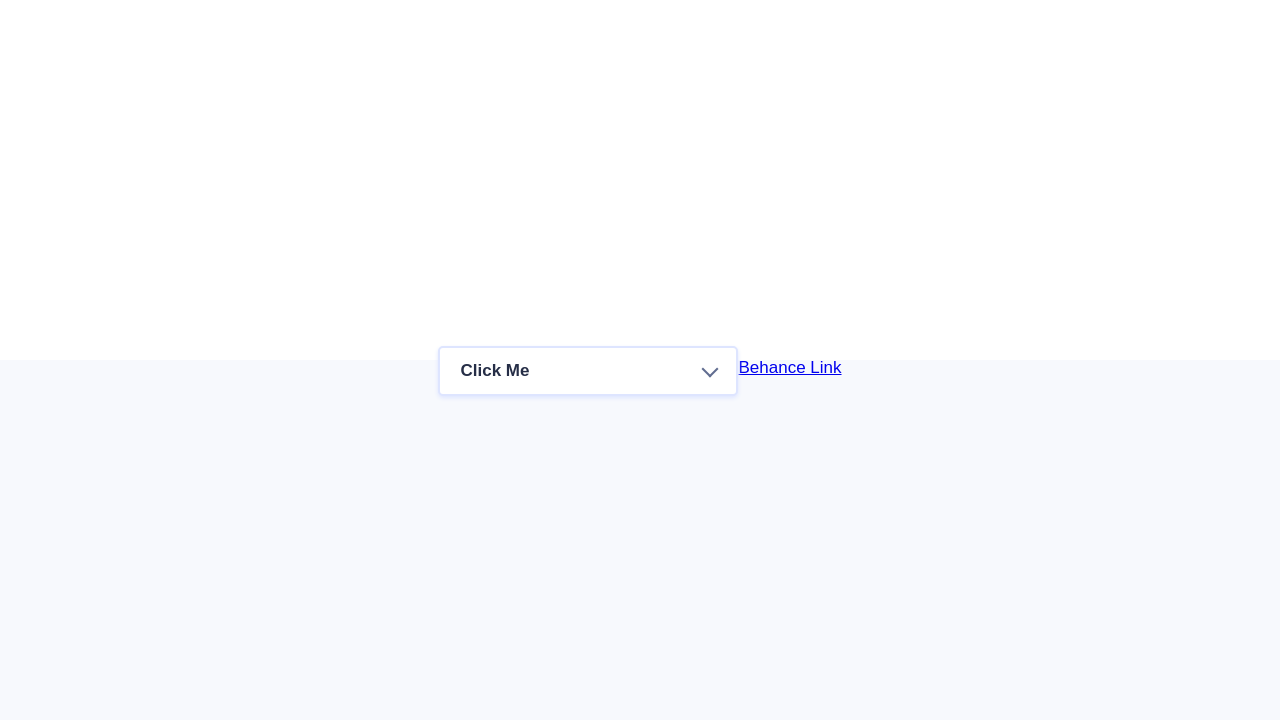
Repository: dinhhaidh/website
Page: index1.html
The author's editor kept a copy of each file at every save. The page is drawn from the files as they stood at one save, then again after a run of saves.
The browser window is 1280 px wide. The pictures show the whole page.

Above is the page before, as saved 2024-03-02 15:24:42.

### index1.html
<!DOCTYPE html>
<html lang="en">
<head>
    <meta charset="UTF-8">
    <meta name="viewport" content="width=device-width, initial-scale=1.0">
    <title>Document</title>
    <style>
        html {
  height: 100%;
}

body {
  display: flex;
  align-items: center;
  justify-content: center;
  height: 100%;
  font-family: Arial;
  font-size: 17px;
  line-height: 24px;
  background: linear-gradient(#fff 50%, #F7F9FD 20%)
}

 .dropdown--label {
    position: relative;
    height: 45px;
    width: 300px;
    line-height: 46px;
    display: inline-block;

    .dropdown--checkbox {
      position: absolute; left: -2000000px;
    }

    .dropdown--text {
      cursor: pointer;
      border: 2px solid #DEE5FF;
      border-radius: 5px;
      box-shadow: 0 2px 4px #DEE5FF;
      display: block;
      width: 100%;
      background: #fff;
      color: #262E47;
      font-weight: bold;
      padding: 0 20px;
      display: flex;
      align-items: center;
      box-sizing: border-box;

      .dropdown--arrow {
        width: 10px;
        height: 10px;
        border-right: 2px solid #616D90;
        border-bottom: 2px solid #616D90;
        margin-left: auto;
        transform: rotate(45deg);
        transition: all ease-in 0.3s;
        position: relative;
        top: -2px;
      }
    }

    .dropdown--list {
      position: absolute;
      top: 100%;
      left: 0;
      right: 0;
      width: 100%;
      z-index: 5;
      opacity: 0;
      visibility: hidden;
      top: 50%;
      transition: all ease-out 0.3s;
      box-shadow: 0px 14px 43px 0px #DEE5FF;
      background: #fff;
      border-radius: 5px;
      overflow: hidden;
      max-height: 200px;
      overflow-y: scroll;

    }

    .dropdown--checkbox:checked ~ .dropdown--list {
      top: 120%;
      opacity: 1;
      visibility: visible;
      transition: all ease-in 0.3s;
    }

    .dropdown--checkbox:checked ~ .dropdown--text {
      .dropdown--arrow {
        transform: rotate(-135deg);
        top: 5px;
      }
    }
  }
}



.link {
  position: absolute; right: 20px; bottom: 20px;
  a {
    color: #b7c1e8; text-decoration: none; font-weight: bold;
  }
}
    </style>
</head>
<body>
    <div class="dropdown">
        <label class="dropdown--label">
          <input type="checkbox" class="dropdown--checkbox" />
          <span class="dropdown--text">
            Click Me
            <span class="dropdown--arrow"></span>
          </span>

          <div class="dropdown--list">
            <ul>
              <li><a href="">I am a link</a></li>
              <li><a href="">Me too</a></li>
              <li><a href="">Me too</a></li>
              <li><a href="">Me too</a></li>
              <li><a href="">Me too</a></li>
              <li><a href="">Me too</a></li>
            </ul>
          </div>


        </label>
      </div>

      <span class="link">
        <a href="https://www.behance.net/gallery/77278543/Day-784-Themes-Dropdown-UI-Design" target="_blank">Behance Link</a>
      </span>
</body>
</html>

After the next 2 saves:
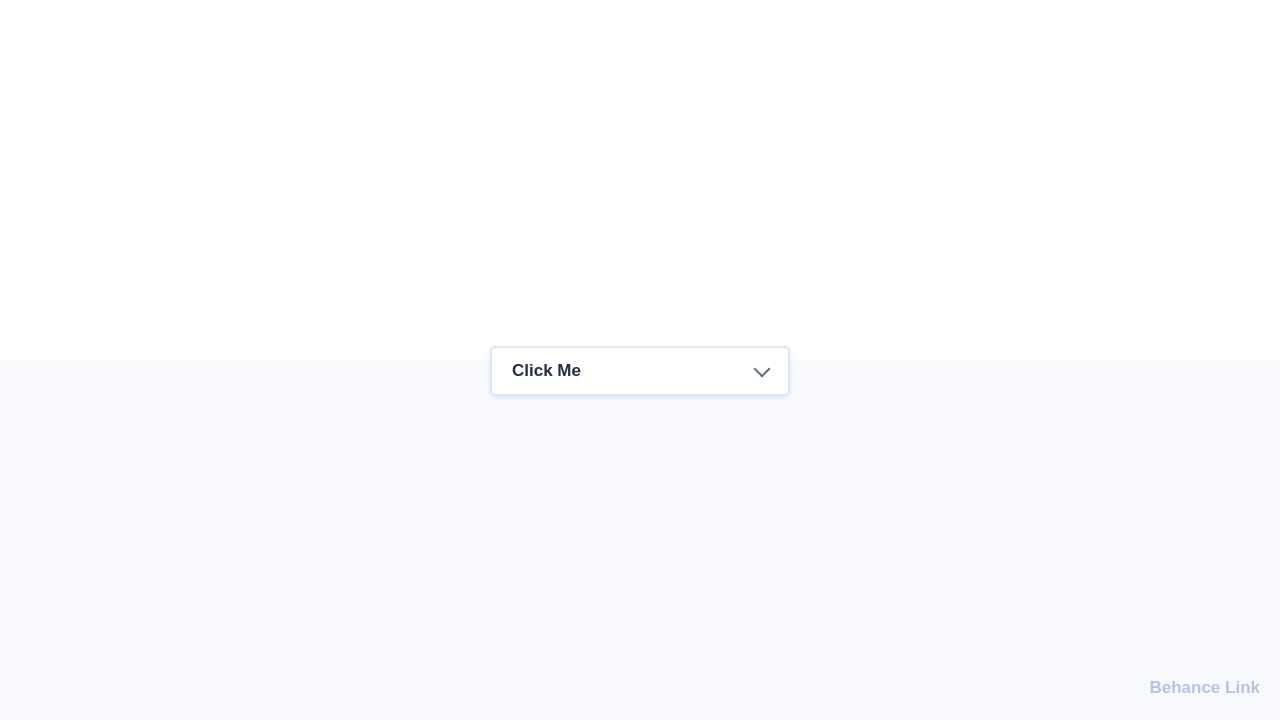
The 2 saves are shown as one change because they came seconds apart.
The last was saved 7 s later.
--- a/index1.html
+++ b/index1.html
@@ -20,79 +20,78 @@ body {
   background: linear-gradient(#fff 50%, #F7F9FD 20%)
 }
 
- .dropdown--label {
+.dropdown--label {
+position: relative;
+height: 45px;
+width: 300px;
+line-height: 46px;
+display: inline-block;
+
+.dropdown--checkbox {
+    position: absolute; left: -2000000px;
+}
+
+.dropdown--text {
+    cursor: pointer;
+    border: 2px solid #DEE5FF;
+    border-radius: 5px;
+    box-shadow: 0 2px 4px #DEE5FF;
+    display: block;
+    width: 100%;
+    background: #fff;
+    color: #262E47;
+    font-weight: bold;
+    padding: 0 20px;
+    display: flex;
+    align-items: center;
+    box-sizing: border-box;
+
+    .dropdown--arrow {
+    width: 10px;
+    height: 10px;
+    border-right: 2px solid #616D90;
+    border-bottom: 2px solid #616D90;
+    margin-left: auto;
+    transform: rotate(45deg);
+    transition: all ease-in 0.3s;
     position: relative;
-    height: 45px;
-    width: 300px;
-    line-height: 46px;
-    display: inline-block;
+    top: -2px;
+    }
+}
 
-    .dropdown--checkbox {
-      position: absolute; left: -2000000px;
+.dropdown--list {
+    position: absolute;
+    top: 100%;
+    left: 0;
+    right: 0;
+    width: 100%;
+    z-index: 5;
+    opacity: 0;
+    visibility: hidden;
+    top: 50%;
+    transition: all ease-out 0.3s;
+    box-shadow: 0px 14px 43px 0px #DEE5FF;
+    background: #fff;
+    border-radius: 5px;
+    overflow: hidden;
+    max-height: 200px;
+    overflow-y: scroll;
+
+}
+
+.dropdown--checkbox:checked ~ .dropdown--list {
+    top: 120%;
+    opacity: 1;
+    visibility: visible;
+    transition: all ease-in 0.3s;
+}
+
+.dropdown--checkbox:checked ~ .dropdown--text {
+    .dropdown--arrow {
+    transform: rotate(-135deg);
+    top: 5px;
     }
-
-    .dropdown--text {
-      cursor: pointer;
-      border: 2px solid #DEE5FF;
-      border-radius: 5px;
-      box-shadow: 0 2px 4px #DEE5FF;
-      display: block;
-      width: 100%;
-      background: #fff;
-      color: #262E47;
-      font-weight: bold;
-      padding: 0 20px;
-      display: flex;
-      align-items: center;
-      box-sizing: border-box;
-
-      .dropdown--arrow {
-        width: 10px;
-        height: 10px;
-        border-right: 2px solid #616D90;
-        border-bottom: 2px solid #616D90;
-        margin-left: auto;
-        transform: rotate(45deg);
-        transition: all ease-in 0.3s;
-        position: relative;
-        top: -2px;
-      }
-    }
-
-    .dropdown--list {
-      position: absolute;
-      top: 100%;
-      left: 0;
-      right: 0;
-      width: 100%;
-      z-index: 5;
-      opacity: 0;
-      visibility: hidden;
-      top: 50%;
-      transition: all ease-out 0.3s;
-      box-shadow: 0px 14px 43px 0px #DEE5FF;
-      background: #fff;
-      border-radius: 5px;
-      overflow: hidden;
-      max-height: 200px;
-      overflow-y: scroll;
-
-    }
-
-    .dropdown--checkbox:checked ~ .dropdown--list {
-      top: 120%;
-      opacity: 1;
-      visibility: visible;
-      transition: all ease-in 0.3s;
-    }
-
-    .dropdown--checkbox:checked ~ .dropdown--text {
-      .dropdown--arrow {
-        transform: rotate(-135deg);
-        top: 5px;
-      }
-    }
-  }
+}
 }
 
 

After the 2 saves that followed:
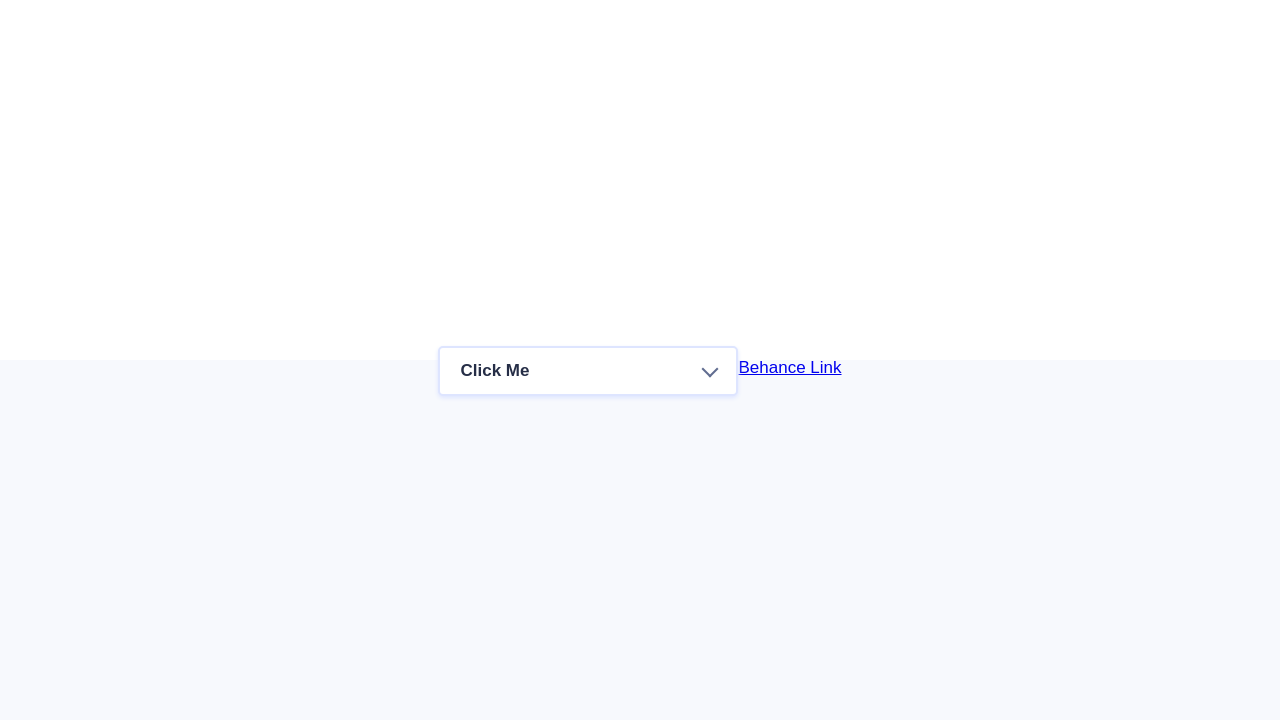
The 2 saves are shown as one change because 1 left the picture as it was.
The last was saved 10 s later.
--- a/index1.html
+++ b/index1.html
@@ -21,11 +21,12 @@ body {
 }
 
 .dropdown--label {
-position: relative;
-height: 45px;
-width: 300px;
-line-height: 46px;
-display: inline-block;
+    position: relative;
+    height: 45px;
+    width: 300px;
+    line-height: 46px;
+    display: inline-block;
+}
 
 .dropdown--checkbox {
     position: absolute; left: -2000000px;
